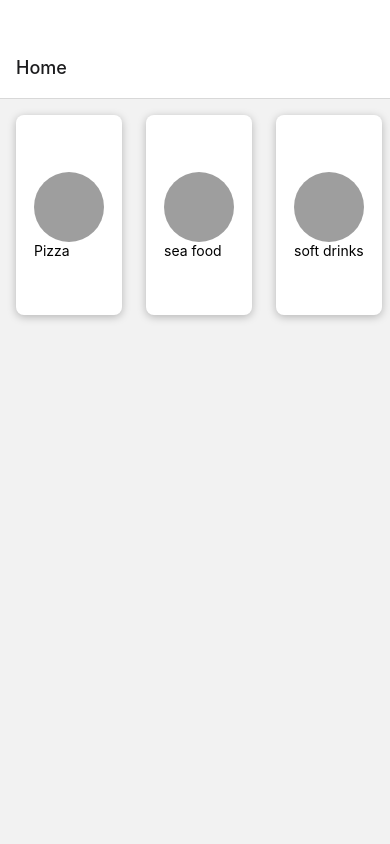
Repository: Esraa22M/ReactNative
Screen: /
These files come from the project's save history. The screen is drawn as it stood at one moment and after the next save; the edit follows.
Pictures or frames that could not be fetched are drawn as grey boxes. The app was drawn by React Native's web renderer in a window 390 px wide. The project was rebuilt for these pictures with package versions that can differ from the ones it lists, and the page was loaded fresh each time. Also part of the build but not shown: src/components/header/header.component.js, src/colors/front-screen-colors/user-auth-colors.js, src/components/header/header.styles.js, src/components/textInput/textInput.styles.js, src/components/textInput/textInput.components.jsx, src/components/singup-form-body/singup-form-body.components.js, src/screens/front-screen/Singup/singup-screen.screens.jsx, src/authentication/api/login-info.js and 2 more.

Above is the screen before, as saved 2023-09-21 00:48:40.

### App.js
import { SafeAreaView } from "react-native";
import { singupStyles } from "./src/screens/front-screen/Singup/singup-screen.styles";
import { Singup } from "./src/screens/front-screen/Singup/singup-screen.screens";
import UserCard from "./src/screens/front-screen/user-card/user-card.screens";
import { NavigationContainer } from "@react-navigation/native";
import { createStackNavigator } from "@react-navigation/stack";
import { Home } from "./src/screens/front-screen/home/home.screens";
const Stack = createStackNavigator();
export default function App() {
  return (
    <SafeAreaView style={singupStyles.container}>
      {/* <UserCard /> */}
      <NavigationContainer>
        <Stack.Navigator>
          <Stack.Screen name="Home" component={Home} />
        </Stack.Navigator>
      </NavigationContainer>
    </SafeAreaView>
  );
}

### src/screens/front-screen/Singup/singup-screen.styles.jsx
import { StyleSheet } from "react-native";
export const singupStyles = StyleSheet.create({
  container: { flex: 1, marginTop: 35 },
});

### src/screens/front-screen/home/home.screens.js
import { View, Text } from "react-native";
import { Categories } from "../../../components/categories/categories.components";
export const Home = () => {
  return (
    <>
      <Categories />
    </>
  );
};

### src/components/categories/categories.components.js
import { categories } from "../../data/dummay__data";
import { FlatList } from "react-native";
import { CategoryItem } from "./category-item.components";
export const Categories = () => {
  function renderCategoryItem(itemData) {
    return <CategoryItem item={itemData.item} />;
  }
  return (
    <FlatList
      numColumns={3}
      data={categories}
      renderItem={renderCategoryItem}
      keyExtractor={(item) => item.id}
    />
  );
};

### src/data/dummay__data.js
import { Category } from "../modal/category.modals";
export const categories = [
  new Category(
    "1pizza",
    "Pizza",
    "https://img.freepik.com/free-vector/flying-slice-pizza-cartoon-vector-illustration-fast-food-concept-isolated-vector-flat-cartoon-style_138676-1934.jpg?w=740&t=st=1695067102~exp=1695067702~hmac=7d47136b0dff2be87480dc1a22a28658daa67f706d90b59d117303a312dc6c16"
  ),
  new Category(
    "sea_food2",
    "sea food",
    "https://img.freepik.com/free-vector/seafood-products-set_98292-1624.jpg?w=740&t=st=1695067277~exp=1695067877~hmac=62082bdd900b5c830349f2bb8f3cd3466fcfb5395c4f24459194aeaeb256cb2c"
  ),
  new Category(
    "3softDrinks",
    "soft drinks",
    "https://img.freepik.com/free-vector/soda-cups-drink_24877-57922.jpg?w=740&t=st=1695067422~exp=1695068022~hmac=60b80d144880f8a8413a85c867ecfc35a38170c71354acfc84aa5b82ae30d594"
  ),
];

### src/components/categories/category-item.components.js
import { View, Text, Image, StyleSheet, Pressable } from "react-native";
import { HomeColors } from "../../colors/front-screen-colors/home-colors";
export const CategoryItem = ({ item }) => {
  const { name, image } = item;
  console.log(item);
  return (
    <View style={styles.container}>
      <Pressable>
        <Image source={{ uri: image }} style={styles.image} />
        <Text>{name}</Text>
      </Pressable>
    </View>
  );
};
const styles = StyleSheet.create({
  container: {
    flex: 1,
    height: 200,
    justifyContent: "center",
    backgroundColor: HomeColors.LIGHT_COLOR,
    alignItems: "center",
    shadowColor: "black",
    shadowOpacity: 0.25,
    shadowOffset: { width: 0, height: 2 },
    shadowRadius: 8,
    marginVertical: 16,
    marginLeft: 16,
    marginRight: 8,
    elevation: 4,
    alignItems: "center",
    borderRadius: 8,
  },
  image: { width: 70, height: 70, borderRadius: 70 / 2 },
});

### src/modal/category.modals.js
export class Category {
  constructor(id, name, image) {
    this.id = id;
    this.name = name;
    this.image = image;
  }
}

### src/colors/front-screen-colors/home-colors.js
export const HomeColors = { LIGHT_COLOR: "white", ACTIVE_COLOR: "#FFBF00" };

After the next save:
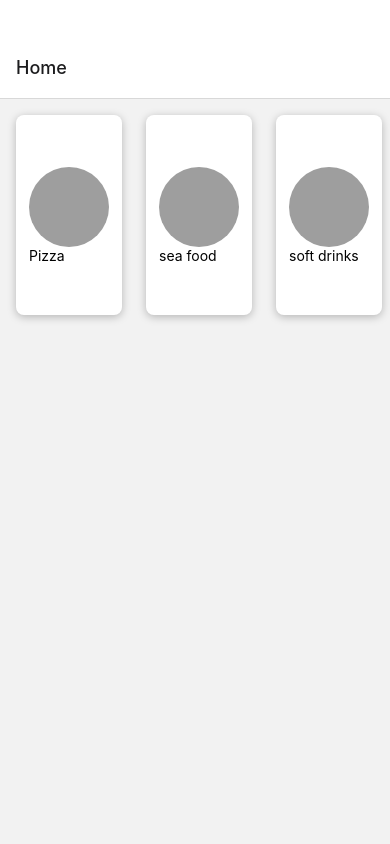
Saved 22 s later.
--- a/src/components/categories/category-item.components.js
+++ b/src/components/categories/category-item.components.js
@@ -30,5 +30,5 @@ const styles = StyleSheet.create({
     alignItems: "center",
     borderRadius: 8,
   },
-  image: { width: 70, height: 70, borderRadius: 70 / 2 },
+  image: { width: 80, height: 80, borderRadius: 80 / 2 },
 });
